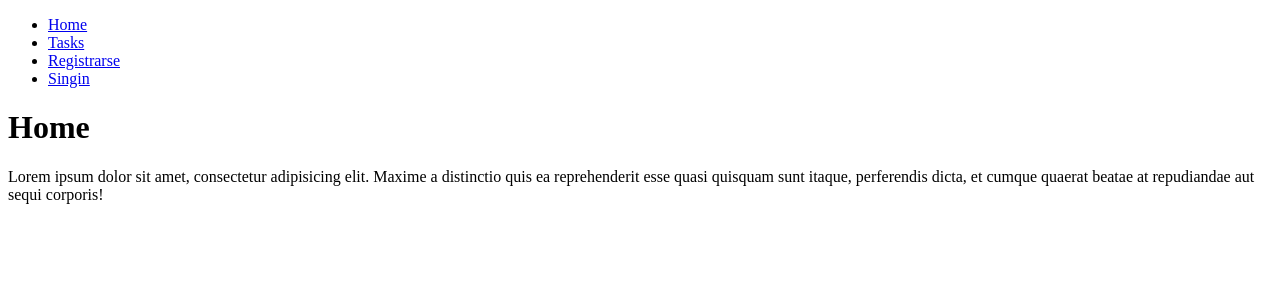
Repository: fercho9922/django-auth-crud
Page: http://localhost/
These files come from the project's save history. The page is drawn as it stood at one moment and after the next save; the edit follows.
The browser window is 1280 px wide. The pictures show the whole page.
The page is served by the project's application, run on Django 5.2 (manage.py).

Above is the page before, as saved 2024-04-11 11:53:34.

After the next save:
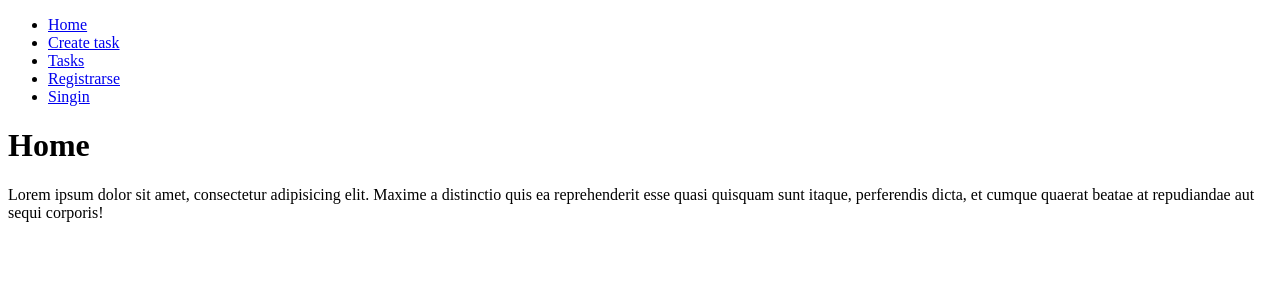
Saved 4 min 40 s later.
--- a/tasks/templates/base.html
+++ b/tasks/templates/base.html
@@ -10,6 +10,9 @@
         <ul>
             <li>
                 <a href="/">Home</a>
+            </li>
+            <li>
+                <a href="/tasks/create">Create task</a>
             </li>
             <li>
                 <a href="/tasks">Tasks</a>
